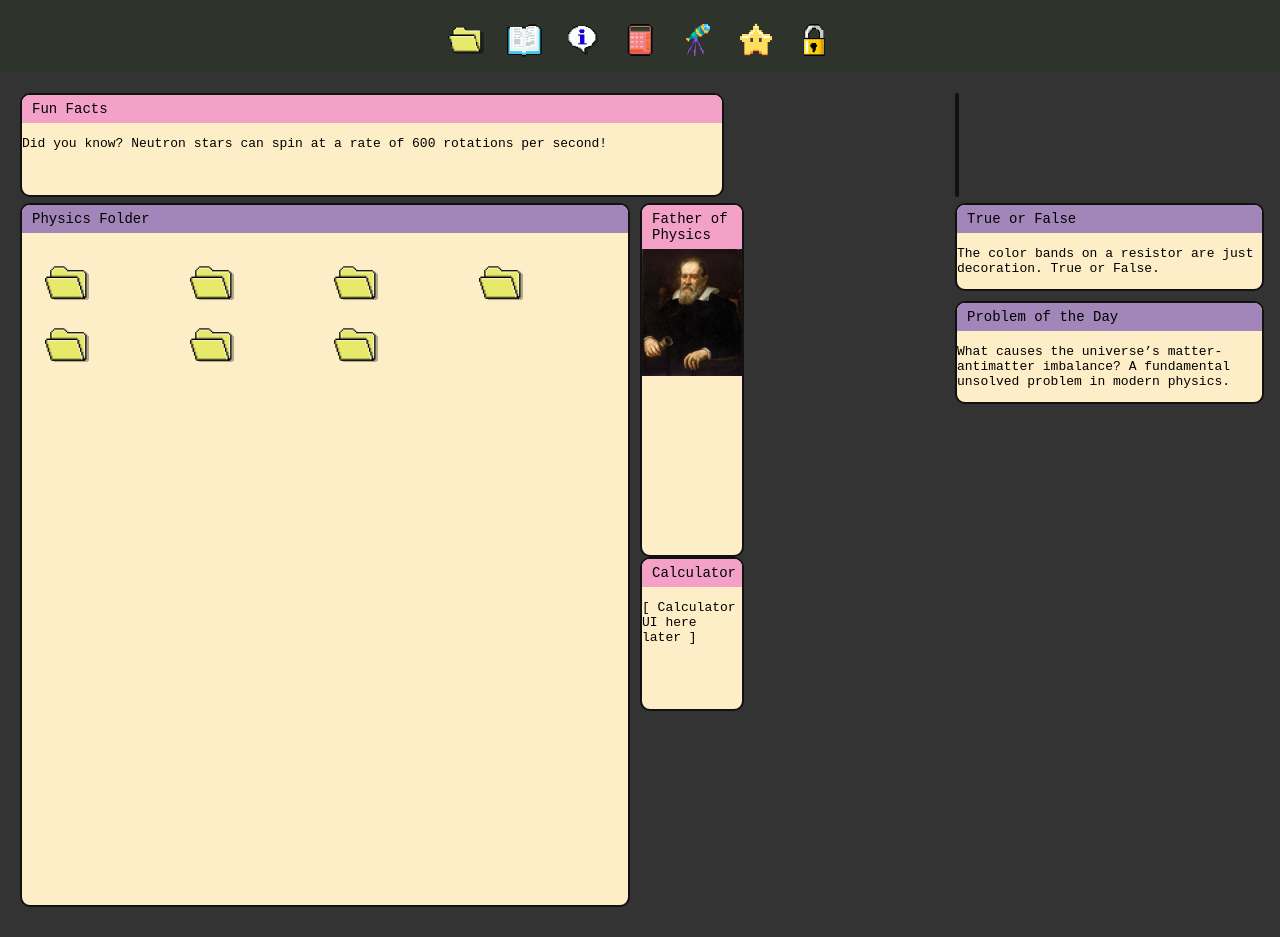
Repository: scarfer14/CCPHYS2L_Project
Page: /dashboard
These files come from the project's save history. The page is drawn as it stood at one moment and after the next save; the edit follows.
The browser window is 1280 px wide. The pictures show the whole page.
Pictures or frames that could not be fetched are drawn as grey boxes. The project was rebuilt for these pictures with package versions that can differ from the ones it lists, and the page was loaded fresh each time. Also part of the build but not shown: vite.config.js, src/astartsc/start.jsx, src/lessons/folder1.css, src/lessons/folder1.jsx, src/lessons/book.css, src/lessons/book.jsx, src/lessons/email.css, src/lessons/email.jsx and 2 more.

Above is the page before, as saved 2025-05-29 15:33:07.

After the next save:
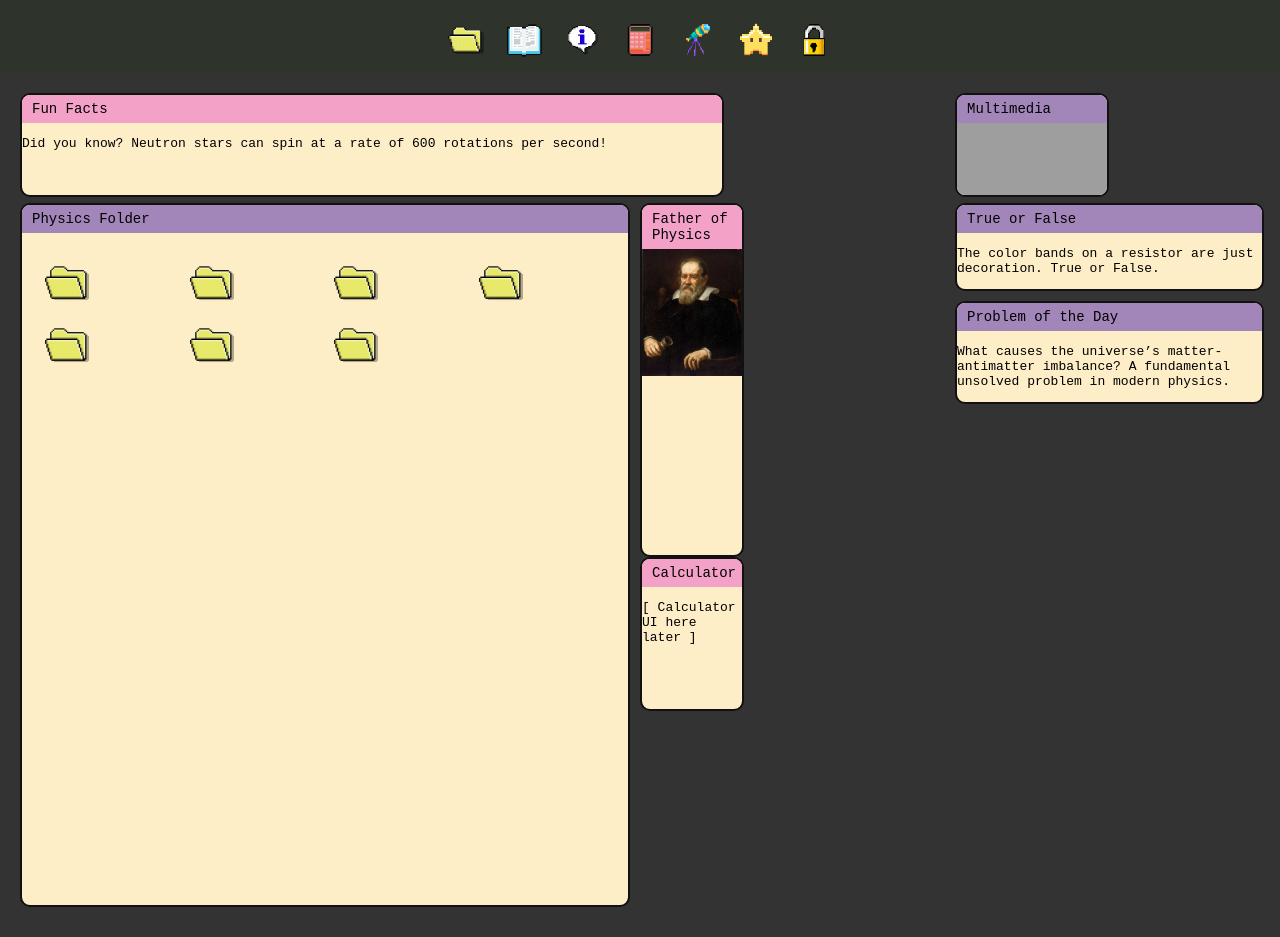
Saved 4 s later.
--- a/src/bdashsc/dashbody.css
+++ b/src/bdashsc/dashbody.css
@@ -41,7 +41,7 @@
 
 /* Grid Area Assignments */
 .fun-facts      { grid-area: fun-facts; height: 100px; width: 700px; }
-.multimedia     { grid-area: multimedia; height: 100px; width: 00px}
+.multimedia     { grid-area: multimedia; height: 100px; width: 150px}
 .physics-folder { grid-area: physics-folder; min-height: 700px; min-width: 500px; }
 .father         { grid-area: father; height: 350px; width: 100px}
 
